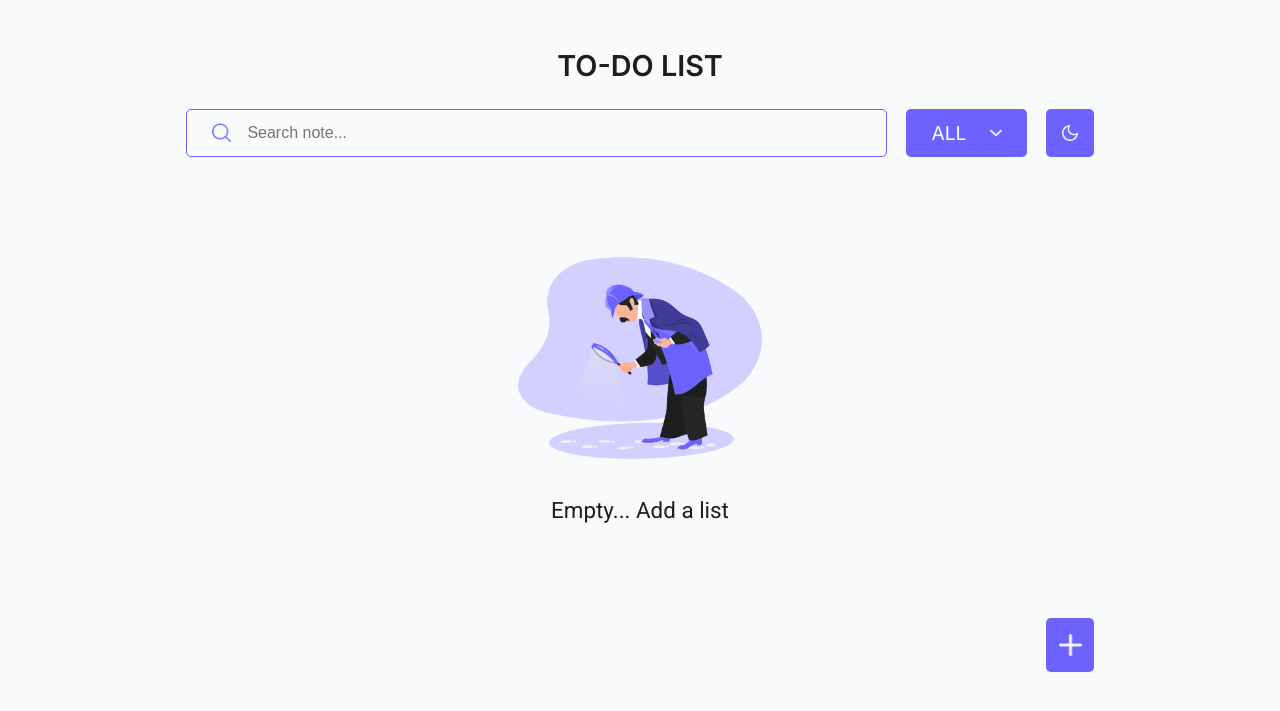
Repository: Marykeje/To-do-list
Page: index.html
These files come from the project's save history. The page is drawn as it stood at one moment and after the next save; the edit follows.
The browser window is 1280 px wide. The pictures show the whole page.
The style sheet was rebuilt from its Sass, Less or Tailwind sources for each picture, by a compiler version that may differ from the author's.

Above is the page before, as saved 2025-12-03 10:18:00.

After the next save:
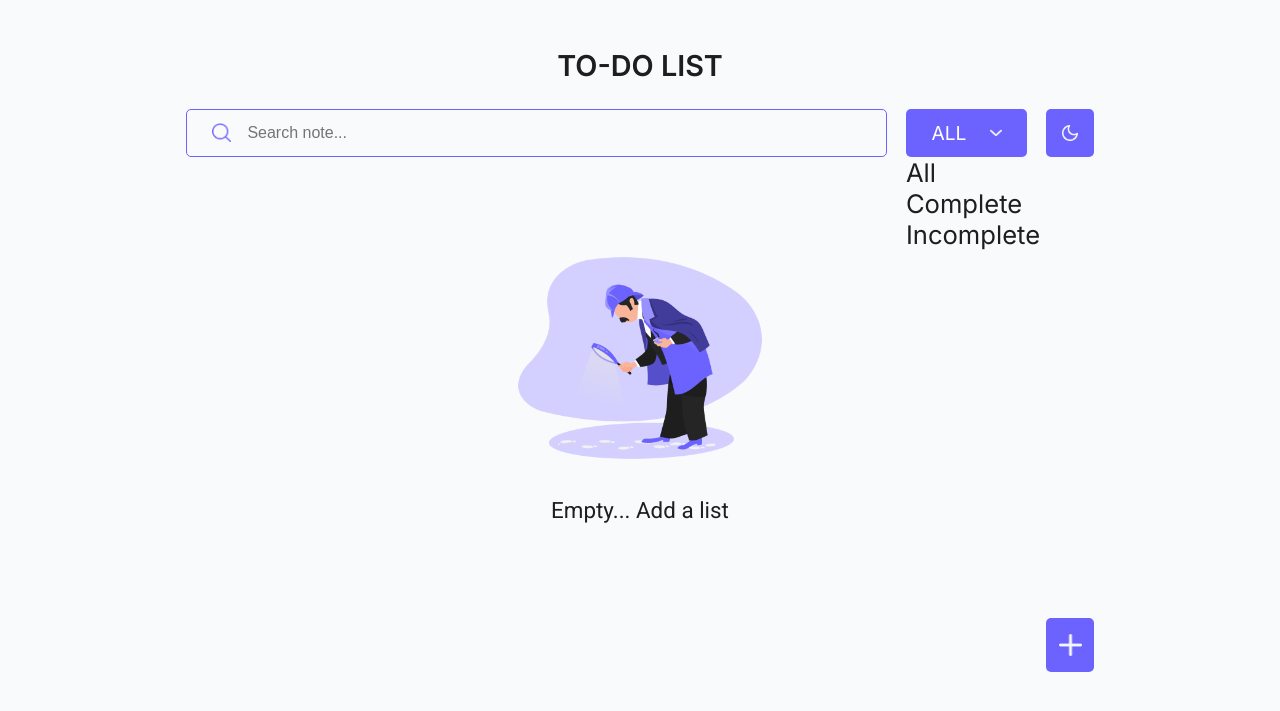
Saved 26 s later.
--- a/index.html
+++ b/index.html
@@ -22,11 +22,11 @@
                 <p>ALL</p>
                 <img src="./img/chevron-top.png" alt="" />
               </div>
-              <!-- <div class="header__all-dropdown">
+              <div class="header__all-dropdown">
                 <p>All</p>
                 <p>Complete</p>
                 <p>Incomplete</p>
-              </div> -->
+              </div>
             </div>
             <div class="header__mode">
               <img src="./img/mode-icon.png" alt="" />
